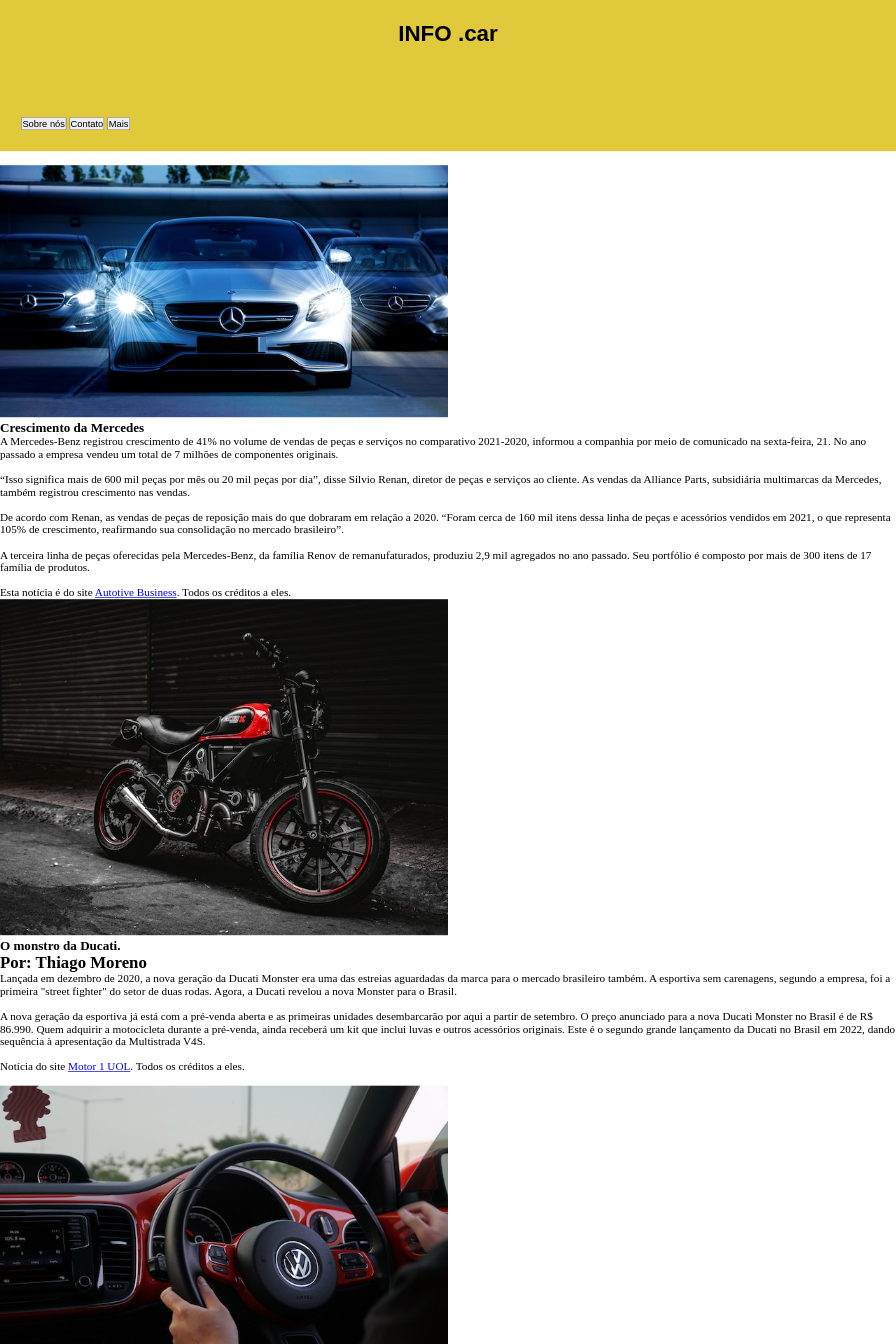
Repository: Leonngc/projeto-info.car
Page: index.html
The author's editor kept a copy of each file at every save. The page is drawn from the files as they stood at one save, then again after a run of saves.
The browser window is 1280 px wide. The pictures show the part of the page from y = 0 to 1920 px (the page is 3429 px tall before and 3409 px after), at 70% of full size.
Some web fonts or font styles are not loaded; a fallback is used.

Above is the page before, as saved 2022-10-30 12:27:21.

After the next 2 saves:
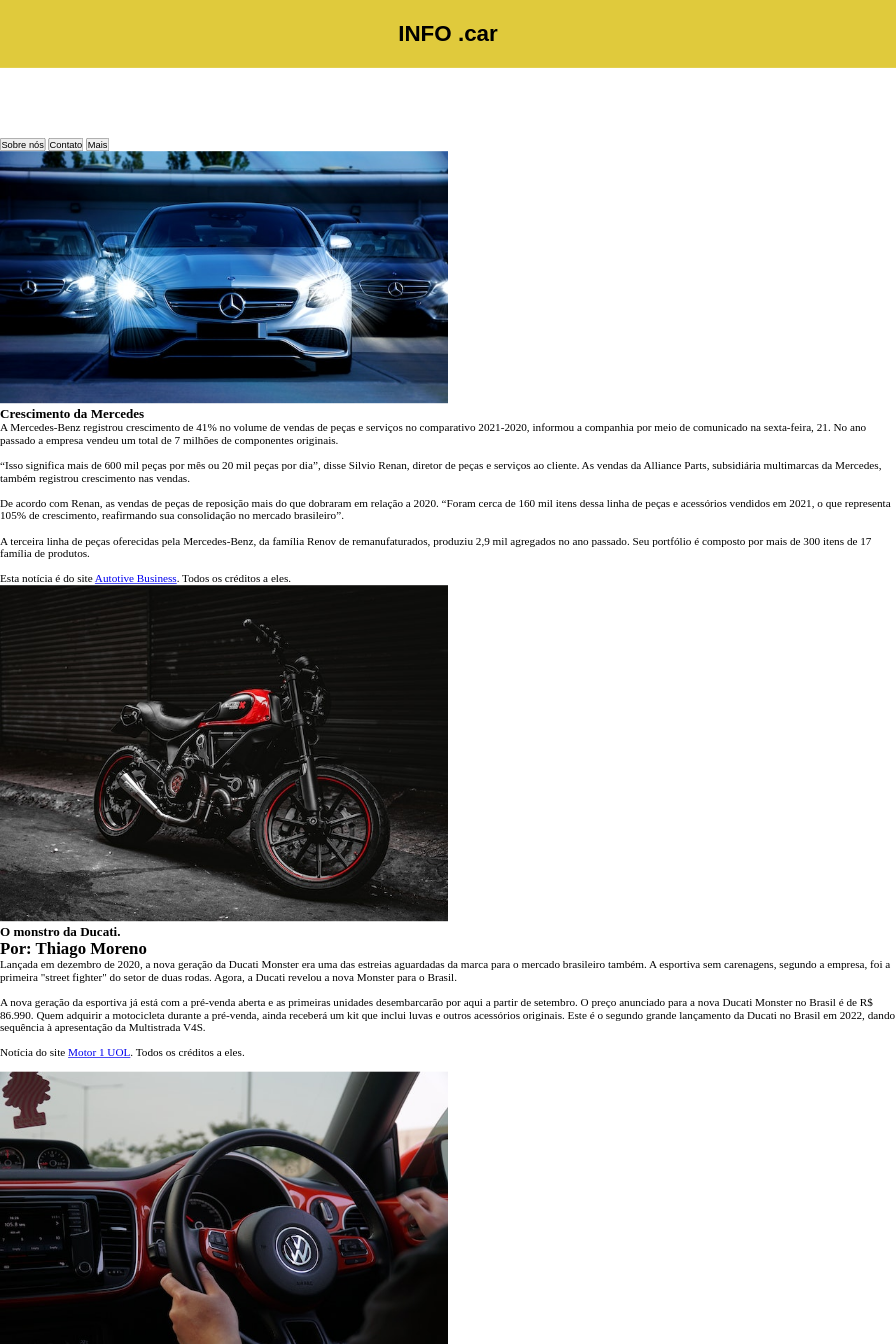
The 2 saves are shown as one change because they came seconds apart.
The last was saved 9 s later.
--- a/index.html
+++ b/index.html
@@ -12,12 +12,13 @@
 <body>
     <header>
         <h1 class="title">INFO .car</h1>
-        <section id="section-buttons">
+
+    </header>
+     <section id="section-buttons">
             <button>Sobre nós</button>
             <button>Contato</button>
             <button>Mais</button>
         </section>
-    </header>
     <main>
         <section>
 
